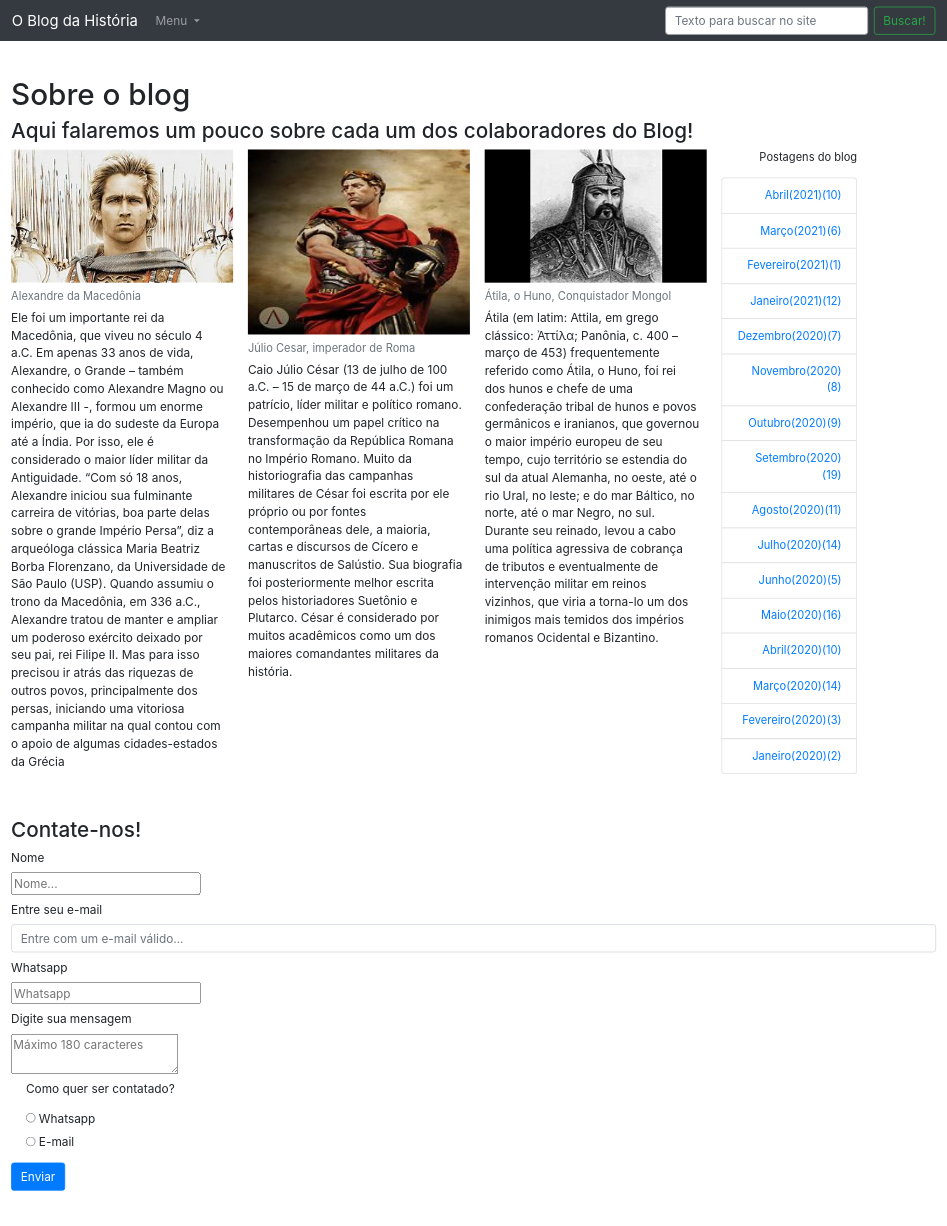
Repository: xhenrique/blog_layout_bootstrap
Page: source/sobre.html
An editor plug-in stored every save of this project. The page is shown before and after the next save, followed by the edit.
The browser window is 1280 px wide. The pictures show the whole page, at 74% of full size.

Above is the page before, as saved 2021-04-25 16:46:04.

After the next save:
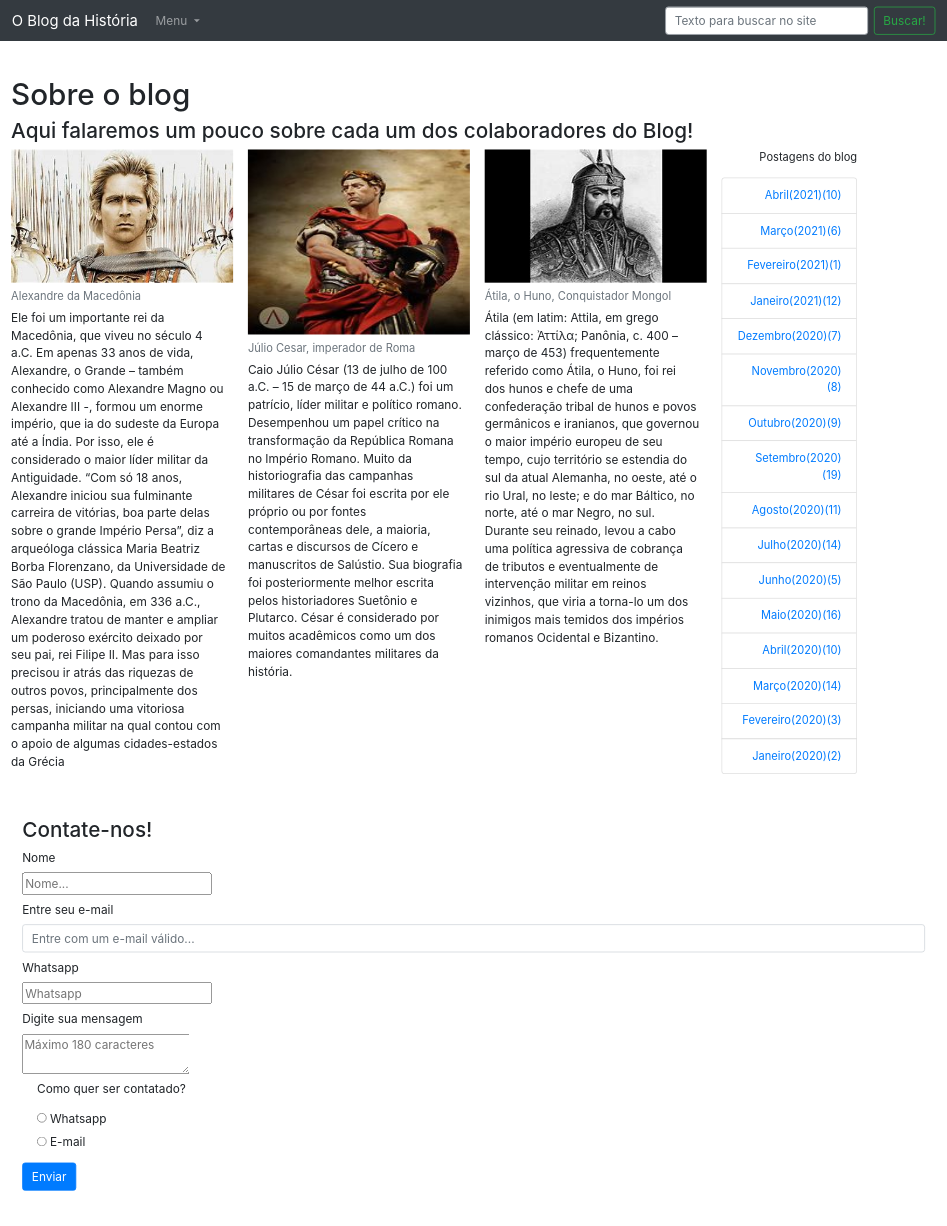
Saved 95 s later.
--- a/source/sobre.html
+++ b/source/sobre.html
@@ -97,42 +97,43 @@
                     </div>
                 </div>
         </div>
+        <div class="container-fluid" id="contatoContainer">
+            <form>
+                <br/>
+                <br/>
 
-        <form>
-            <br/>
-            <br/>
-
-            <h3>
-                Contate-nos!
-            </h3>
-            <div class="mb-2">
-                <label for="nameInput" class="form-label">Nome</label>
-                <input type="text" placeholder="Nome..." class="form-inline" id="nameInput"  required>
-            </div>
-            <div class="mb-2">
-                <label for="inputEmail" class="form-label">Entre seu e-mail</label>
-                <input type="email" placeholder="Entre com um e-mail válido..." class="form-control" id="inputEmail"  required>
-            </div>
-              <div class="mb-2">
-                <label for="wppInput" class="form-label">Whatsapp</label>
-                <input type="tel" placeholder="Whatsapp" class="form-inline" id="wppInput">
-              </div>
-              <div class="mb-2">
-                <label for="msgInput" class="form-label">Digite sua mensagem</label>
-                <textarea type="text" placeholder="Máximo 180 caracteres" maxlength="180" class="form-inline" id="msgInput"></textarea>
-              </div>
-              <div class="mb-2 form-check">
-                  <p>Como quer ser contatado?</p>
-                  <input type="radio" id="wpp" name="whatsapp" value="Whatsapp">
-                  <label for="wpp">Whatsapp</label><br>
-                  <input type="radio" id="e-mail" name="email" value="E-mail">
-                  <label for="e-mail">E-mail</label><br>
-              </div>
-              <button class="btn btn-primary" type="submit" aria-label="btnSubmmit">Enviar</button>
-              <br>
-              <br>
-              <br>
-        </form>
+                <h3>
+                    Contate-nos!
+                </h3>
+                <div class="mb-2">
+                    <label for="nameInput" class="form-label">Nome</label>
+                    <input type="text" placeholder="Nome..." class="form-inline" id="nameInput"  required>
+                </div>
+                <div class="mb-2">
+                    <label for="inputEmail" class="form-label">Entre seu e-mail</label>
+                    <input type="email" placeholder="Entre com um e-mail válido..." class="form-control" id="inputEmail"  required>
+                </div>
+                <div class="mb-2">
+                    <label for="wppInput" class="form-label">Whatsapp</label>
+                    <input type="tel" placeholder="Whatsapp" class="form-inline" id="wppInput">
+                </div>
+                <div class="mb-2">
+                    <label for="msgInput" class="form-label">Digite sua mensagem</label>
+                    <textarea type="text" placeholder="Máximo 180 caracteres" maxlength="180" class="form-inline" id="msgInput"></textarea>
+                </div>
+                <div class="mb-2 form-check">
+                    <p>Como quer ser contatado?</p>
+                    <input type="radio" id="wpp" name="whatsapp" value="Whatsapp">
+                    <label for="wpp">Whatsapp</label><br>
+                    <input type="radio" id="e-mail" name="email" value="E-mail">
+                    <label for="e-mail">E-mail</label><br>
+                </div>
+                <button class="btn btn-primary" type="submit" aria-label="btnSubmmit">Enviar</button>
+                <br>
+                <br>
+                <br>
+            </form>
+        </div>
     </div>
 
 
